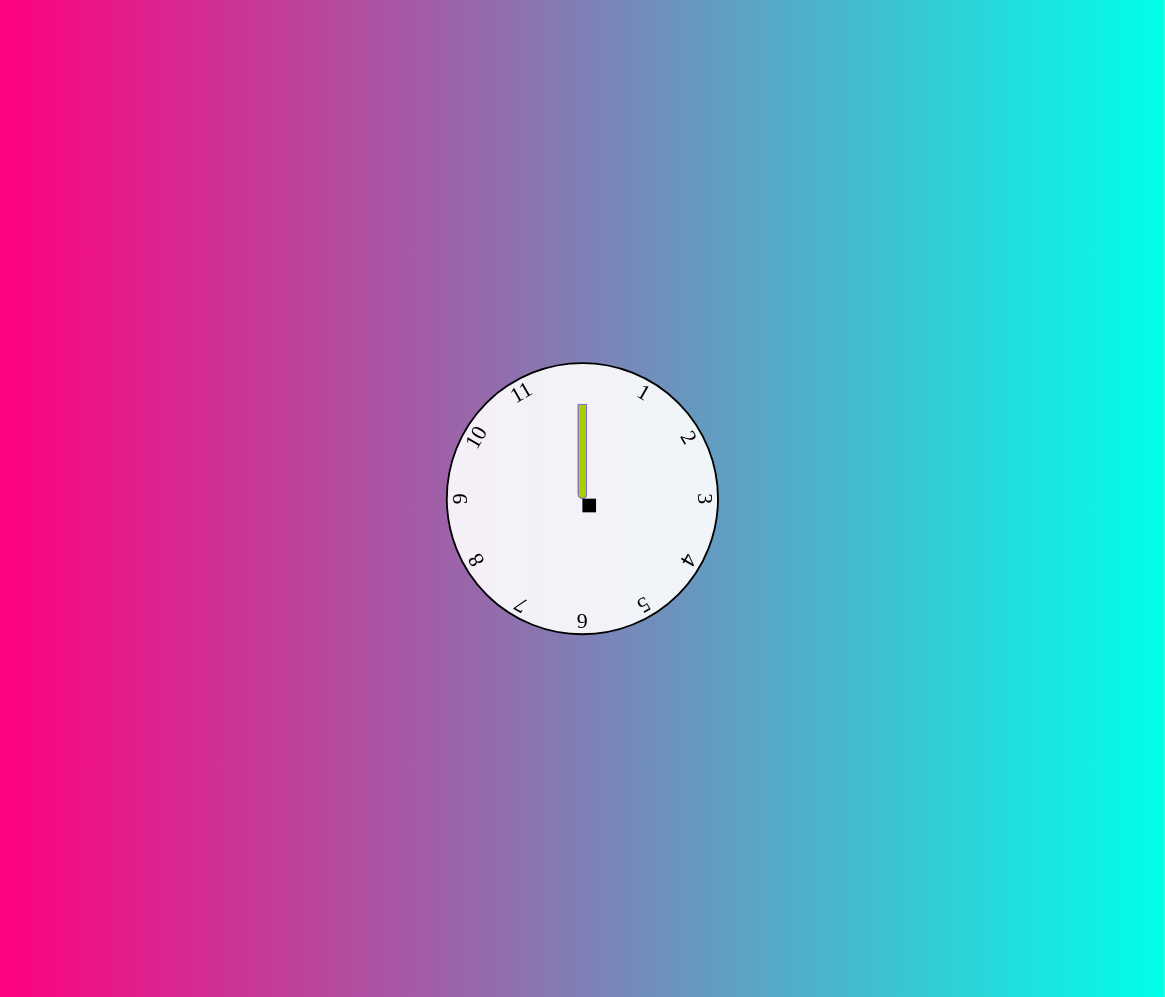
Repository: Okwahi/my-clock
Page: clock.html
The author's editor kept a copy of each file at every save. The page is drawn from the files as they stood at one save, then again after the next save.
The browser window is 1280 px wide. The pictures show the whole page, at 91% of full size.

Above is the page before, as saved 2023-04-14 10:58:05.

After the next save:
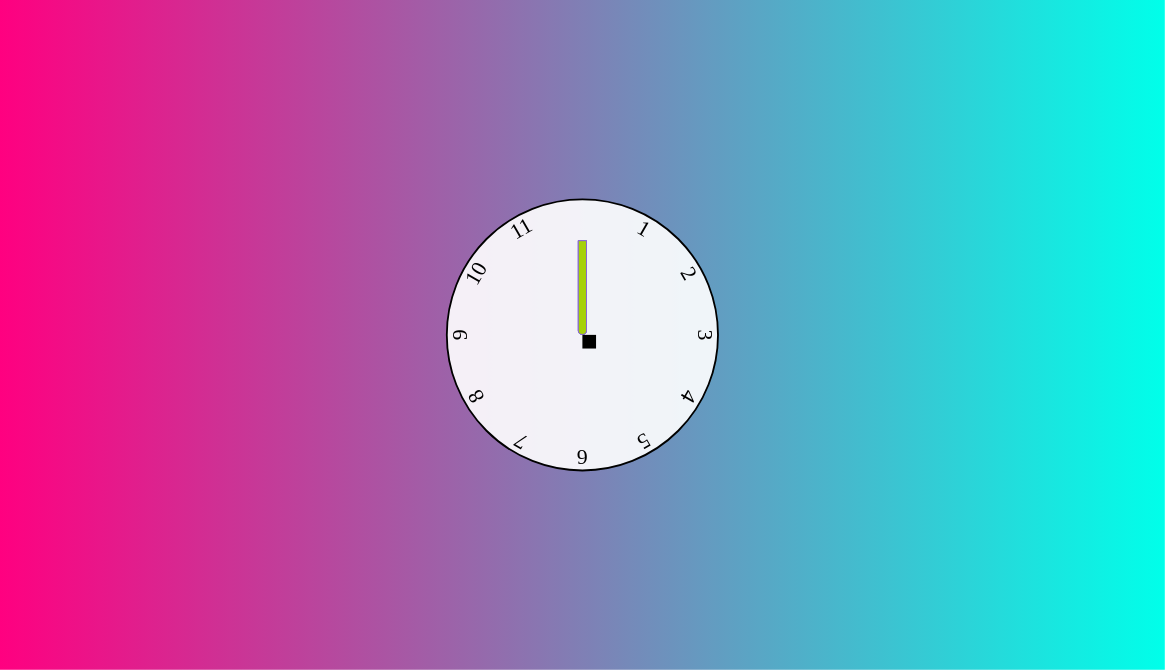
Saved 7 min 1 s later.
--- a/clock.css
+++ b/clock.css
@@ -7,7 +7,7 @@ body{
     display: flex;
     justify-content: center;
     align-items: center;
-    min-height: 150vh;
+    min-height: 100vh;
     overflow: hidden;
 
 }
